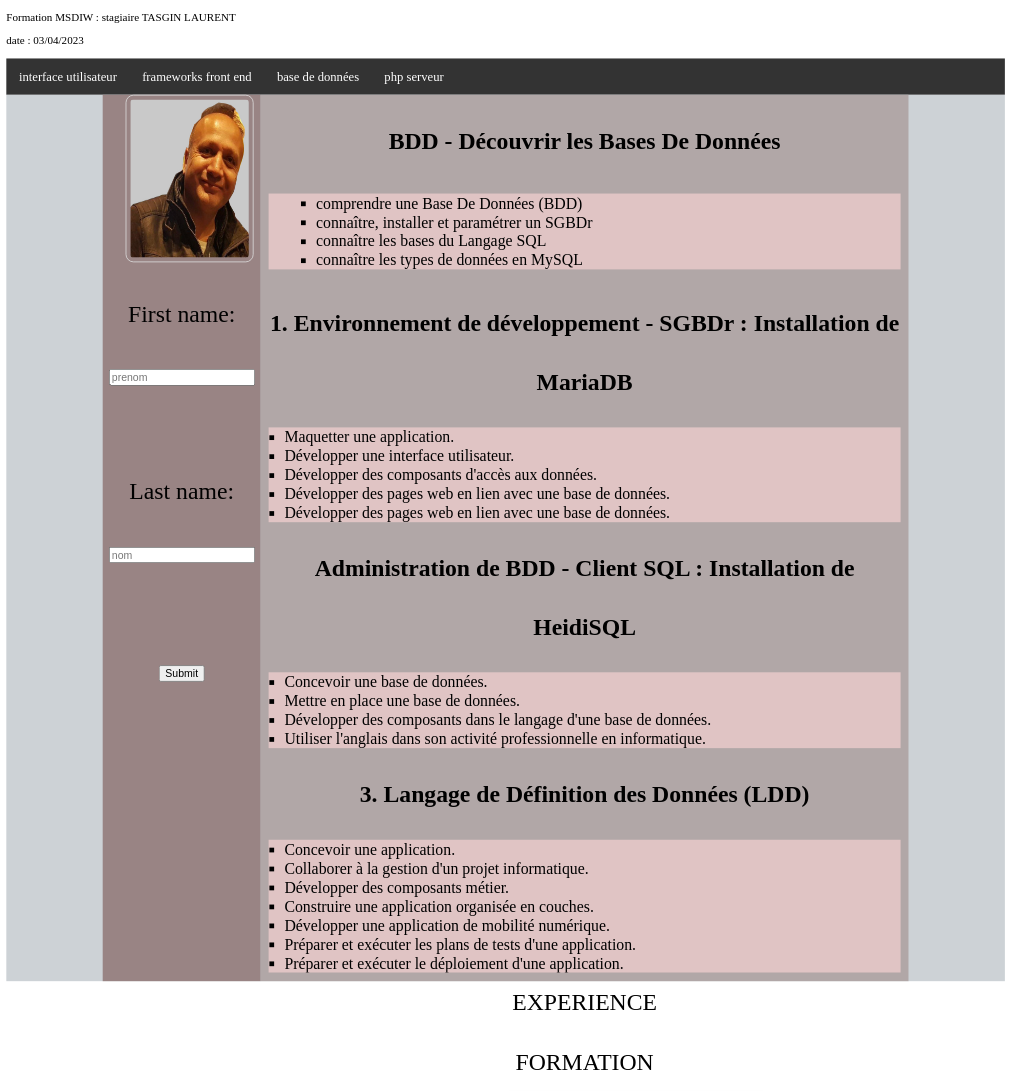
Repository: laurentbul/ApplicationEssai
Page: exercice/ex1/stagiaire_laurent/BACK/BDD/SQL/bdd1_alimenter.html
An editor plug-in stored every save of this project. The page is shown before and after the next save, followed by the edit.
The browser window is 1280 px wide. The pictures show the whole page, at 79% of full size.

Above is the page before, as saved 2023-04-06 06:13:10.

After the next save:
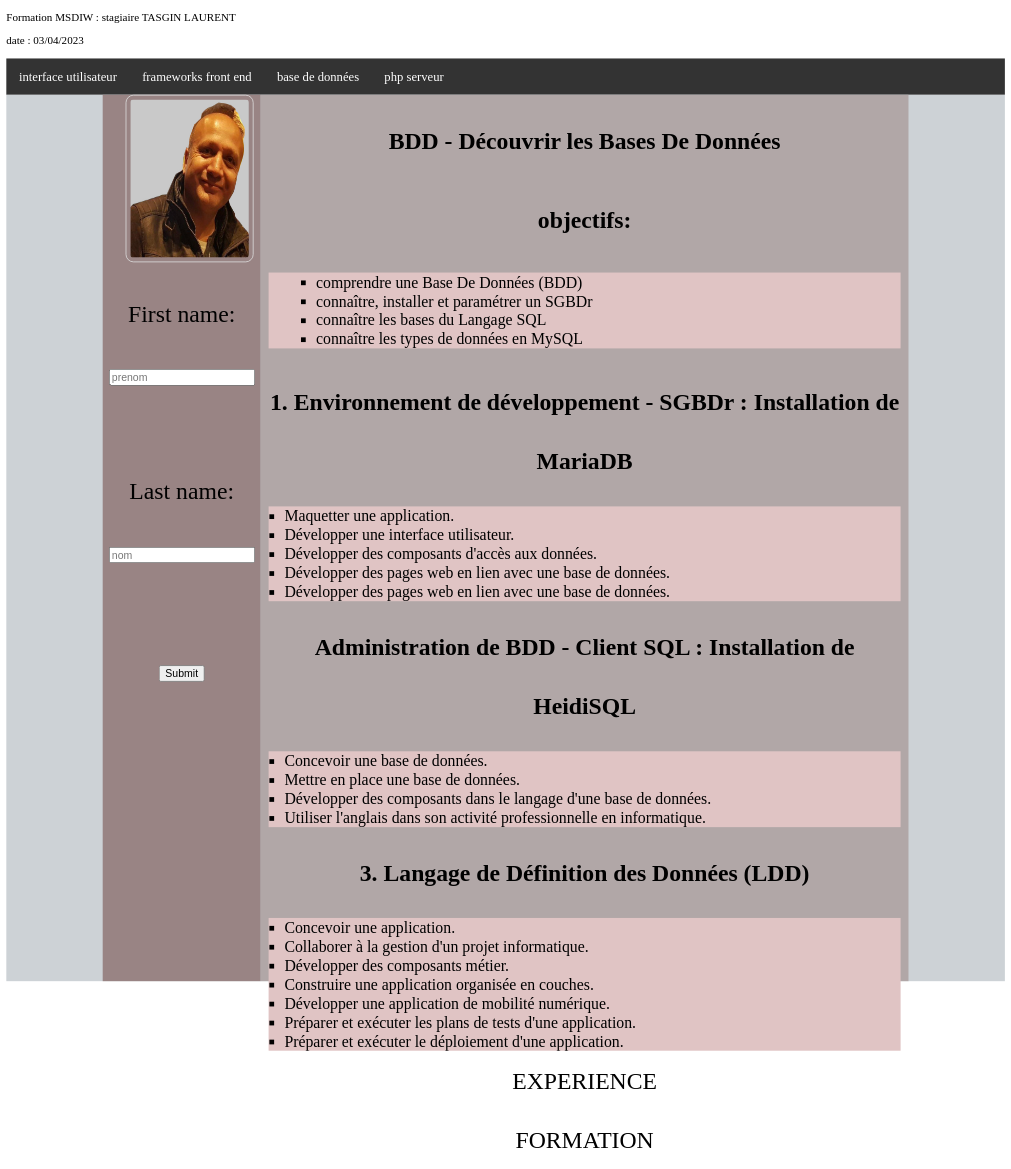
Saved 36 s later.
--- a/exercice/ex1/stagiaire_laurent/BACK/BDD/SQL/bdd1_alimenter.html
+++ b/exercice/ex1/stagiaire_laurent/BACK/BDD/SQL/bdd1_alimenter.html
@@ -41,6 +41,7 @@
       <div>
 
         <h1>BDD - Découvrir les Bases De Données</h1>
+        <h2>objectifs:</h2>
 
         <ol class="paragraphe">
             <li class="competence" >comprendre une Base De Données (BDD)</li>
